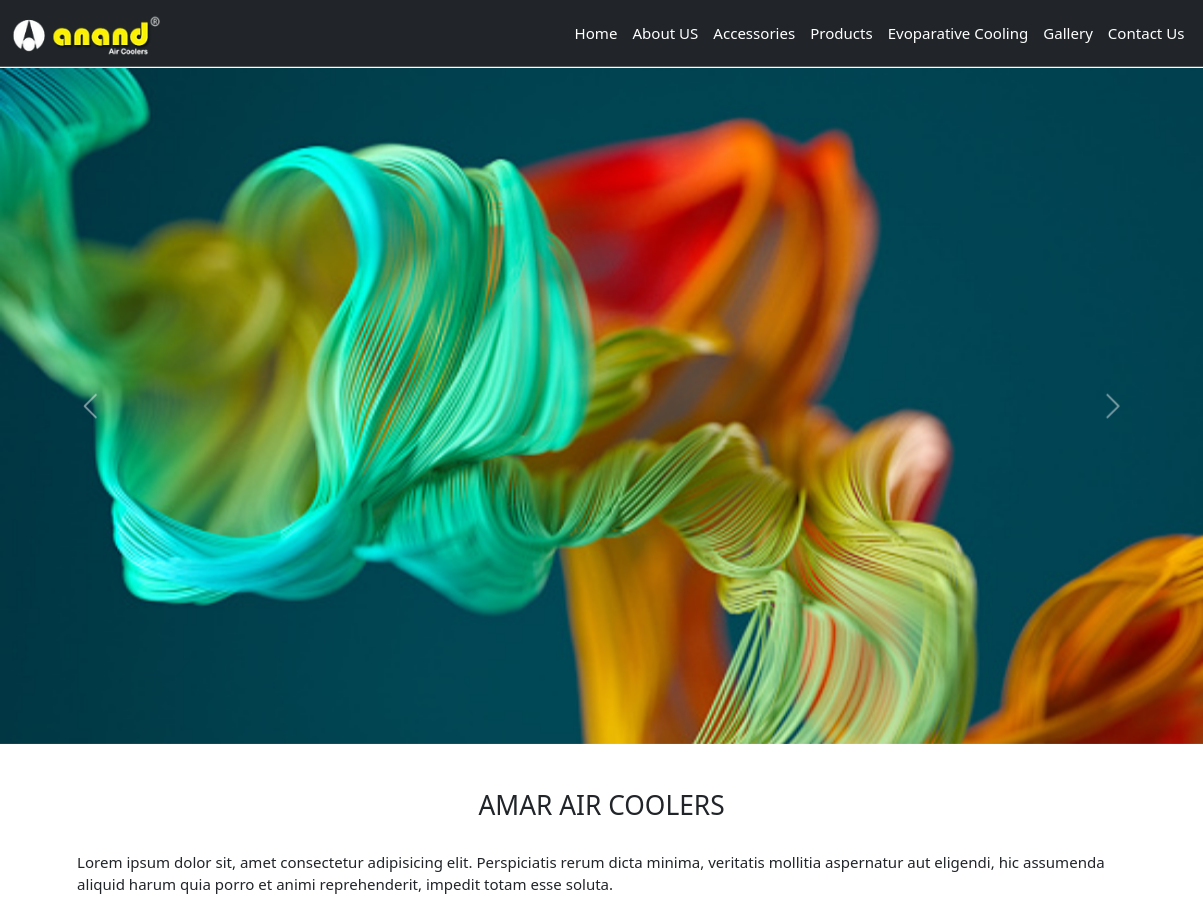
Repository: dhavalmaniyar/divakar
Page: http://localhost/
These files come from the project's save history. The page is drawn as it stood at one moment and after the next save; the edit follows.
The browser window is 1280 px wide. The pictures show the whole page, at 94% of full size.
The page is served by the project's application, run on Django 3.2 (divakar_app/manage.py).

Above is the page before, as saved 2021-12-08 11:14:18.

After the next save:
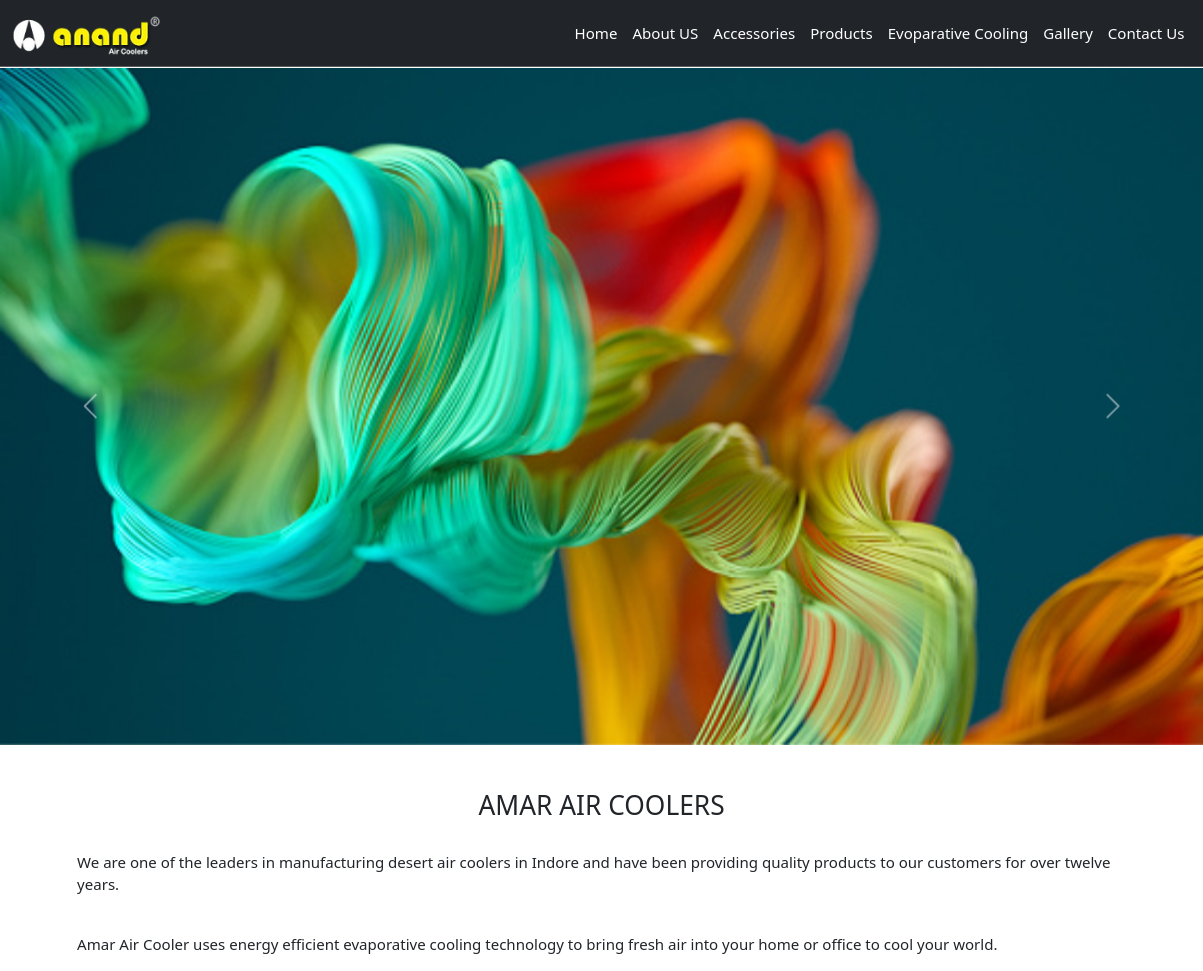
Saved 80 s later.
--- a/divakar_app/templates/index.html
+++ b/divakar_app/templates/index.html
@@ -26,6 +26,15 @@
   <br><br>
   <h3 class="text-center">AMAR AIR COOLERS</h3><br>
   <div class="container">
-      <p>Lorem ipsum dolor sit, amet consectetur adipisicing elit. Perspiciatis rerum dicta minima, veritatis mollitia aspernatur aut eligendi, hic assumenda aliquid harum quia porro et animi reprehenderit, impedit totam esse soluta.</p>
-  </div>
+      <p>
+        We are one of the leaders in manufacturing desert air coolers in Indore and have
+        been providing quality products to our customers for over twelve years.
+
+    </p><br>
+    <p>
+        Amar Air Cooler uses energy efficient evaporative cooling technology to bring fresh
+        air into your home or office to cool your world.
+
+    </p>
+</div>
 {%endblock body%}
